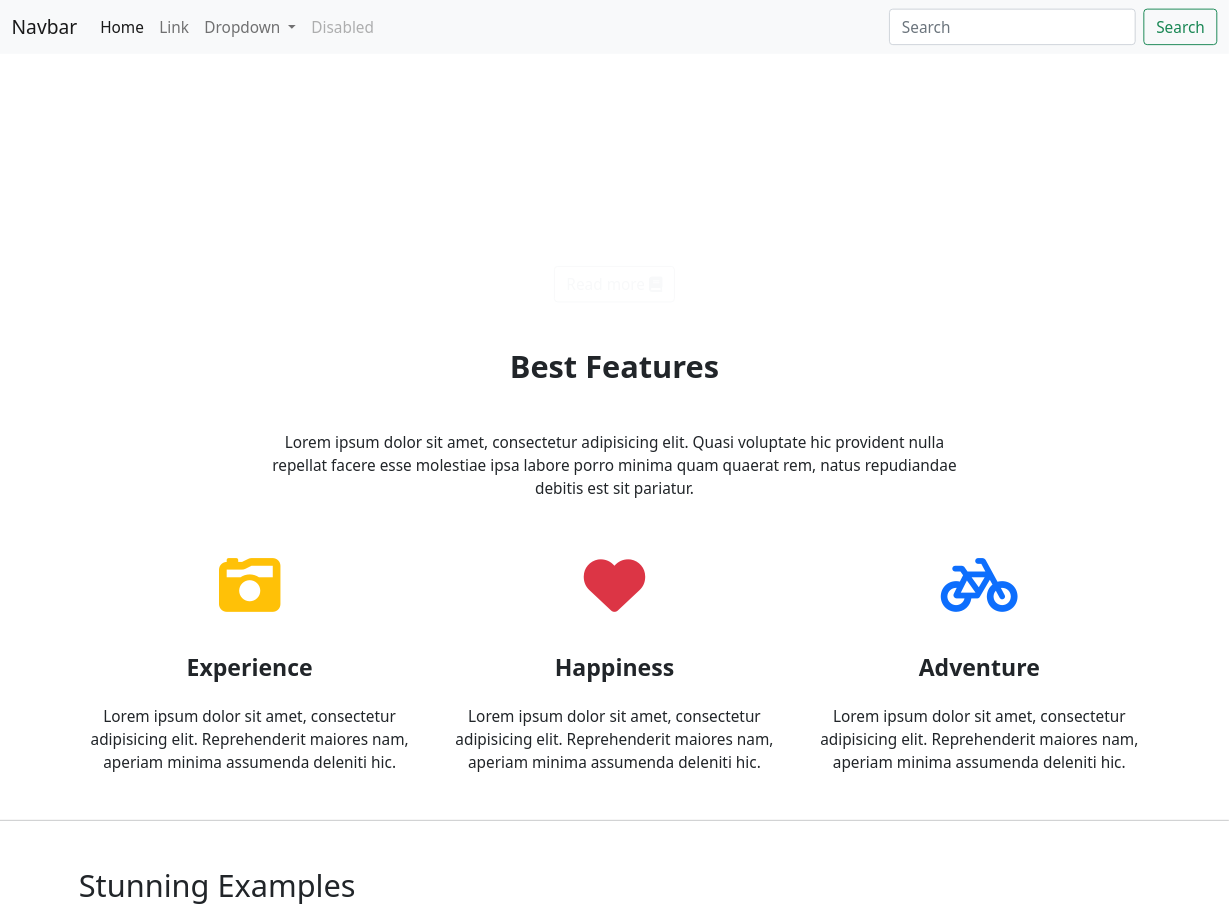
Repository: nptg3105/lab04-landing-page-boostrap5
Page: index.html
These files come from the project's save history. The page is drawn as it stood at one moment and after the next save; the edit follows.
The browser window is 1280 px wide. The pictures show the whole page, at 96% of full size.

Above is the page before, as saved 2021-12-19 10:33:55.

### index.html
<!DOCTYPE html>
<html lang="en">
  <head>
    <meta charset="UTF-8" />
    <meta http-equiv="X-UA-Compatible" content="IE=edge" />
    <meta name="viewport" content="width=device-width, initial-scale=1.0" />
    <title>lab04-Landing-Page-Boostrap</title>
    <link
      href="https://cdn.jsdelivr.net/npm/bootstrap@5.1.3/dist/css/bootstrap.min.css"
      rel="stylesheet"
      integrity="sha384-1BmE4kWBq78iYhFldvKuhfTAU6auU8tT94WrHftjDbrCEXSU1oBoqyl2QvZ6jIW3"
      crossorigin="anonymous"
    />
    <link rel="stylesheet" href="https://cdnjs.cloudflare.com/ajax/libs/font-awesome/6.0.0-beta3/css/all.min.css" integrity="sha512-Fo3rlrZj/k7ujTnHg4CGR2D7kSs0v4LLanw2qksYuRlEzO+tcaEPQogQ0KaoGN26/zrn20ImR1DfuLWnOo7aBA==" crossorigin="anonymous" referrerpolicy="no-referrer" />
    <link rel="stylesheet" href="dist/index.css" />
  </head>
  <body>
    <header>
      <nav class="navbar navbar-expand-lg navbar-light bg-light">
        <div class="container-fluid">
          <a class="navbar-brand" href="#">Navbar</a>
          <button
            class="navbar-toggler"
            type="button"
            data-bs-toggle="collapse"
            data-bs-target="#navbarSupportedContent"
            aria-controls="navbarSupportedContent"
            aria-expanded="false"
            aria-label="Toggle navigation"
          >
            <span class="navbar-toggler-icon"></span>
          </button>
          <div class="collapse navbar-collapse" id="navbarSupportedContent">
            <ul class="navbar-nav me-auto mb-2 mb-lg-0">
              <li class="nav-item">
                <a class="nav-link active" aria-current="page" href="#">Home</a>
              </li>
              <li class="nav-item">
                <a class="nav-link" href="#">Link</a>
              </li>
              <li class="nav-item dropdown">
                <a
                  class="nav-link dropdown-toggle"
                  href="#"
                  id="navbarDropdown"
                  role="button"
                  data-bs-toggle="dropdown"
                  aria-expanded="false"
                >
                  Dropdown
                </a>
                <ul class="dropdown-menu" aria-labelledby="navbarDropdown">
                  <li><a class="dropdown-item" href="#">Action</a></li>
                  <li><a class="dropdown-item" href="#">Another action</a></li>
                  <li><hr class="dropdown-divider" /></li>
                  <li>
                    <a class="dropdown-item" href="#">Something else here</a>
                  </li>
                </ul>
              </li>
              <li class="nav-item">
                <a class="nav-link disabled">Disabled</a>
              </li>
            </ul>
            <form class="d-flex">
              <input
                class="form-control me-2"
                type="search"
                placeholder="Search"
                aria-label="Search"
              />
              <button class="btn btn-outline-success" type="submit">
                Search
              </button>
            </form>
          </div>
        </div>
      </nav>
      <div class="hero">
       <div class="container-fluid d-flex align-items-center justify-content-center h-100">
         <div class="row d-flex justify-content-center text-center">
           <div class="col-md-10">
            <h2 class="text-white display-4 fw-bold pt-5 mb-2">Travel</h2>
            <h4 class="text-white my-4">Lorem ipsum dolor sit amet, consectetur adipisicing elit. Deleniti consequuntur.</h4>
            <button class="btn btn-outline-light">Read more <i class="fa fa-book"></i></button>
           </div>
         </div>
       </div>
      </div>
      <div class="feature text-center mt-5">
        <div class="container">
          <h2 class="feature__heading fw-bold mb-5">Best Features</h2>
          <div class="feature__detail row d-flex justify-content-center mb-4">
            <div class="col-md-8">
              <p class="grey-text">Lorem ipsum dolor sit amet, consectetur adipisicing elit. Quasi voluptate hic provident nulla repellat facere esse molestiae ipsa labore porro minima quam quaerat rem, natus repudiandae debitis est sit pariatur.</p>
            </div>
            </div>
          <div class="feature__list row">
            <div class="feature__item col-md-4">
              <div class="feature__icon fa-4x text-warning"><i class="fas fa-camera-retro"></i></div>
              <h4 class="feature__title my-4 fw-bold">Experience</h4>
              <div class="feature__desc text-grey">Lorem ipsum dolor sit amet, consectetur adipisicing elit. Reprehenderit maiores nam, aperiam minima assumenda deleniti hic.</div>
            </div>
            <div class="feature__item col-md-4">
              <div class="feature__icon fa-4x text-danger"><i class="fas fa-heart"></i></div>
              <h4 class="feature__title my-4 fw-bold">Happiness</h4>
              <div class="feature__desc text-grey">Lorem ipsum dolor sit amet, consectetur adipisicing elit. Reprehenderit maiores nam, aperiam minima assumenda deleniti hic.</div>
            </div>
            <div class="feature__item col-md-4 ">
              <div class="feature__icon fa-4x text-primary"><i class="fas fa-bicycle"></i></div>
              <h4 class="feature__title my-4 fw-bold">Adventure</h4>
              <div class="feature__desc text-grey">Lorem ipsum dolor sit amet, consectetur adipisicing elit. Reprehenderit maiores nam, aperiam minima assumenda deleniti hic.</div>
            </div>
          </div>
        </div>

      </div>
      <hr class="my-5">
      <div class="stunning">
        <div class="container">
          <h2 class="stunning__heading">Stunning Examples</h2>

        </div>
      </div>
    </header>

    </p>

    <script
      src="https://cdn.jsdelivr.net/npm/bootstrap@5.1.3/dist/js/bootstrap.bundle.min.js"
      integrity="sha384-ka7Sk0Gln4gmtz2MlQnikT1wXgYsOg+OMhuP+IlRH9sENBO0LRn5q+8nbTov4+1p"
      crossorigin="anonymous"
    ></script>
  </body>
</html>

### dist/index.css
* {
  box-sizing: border-box;
  margin: 0;
  padding: 0;
}
body {
  line-height: 1.5;
}
:root {
  --color-bg: #ecf2f8;
  --color-white: #fff;
  --color-violet: #7541c8;
  --color-light-grey: #cfcfcf;
  --color-dark-grey: #19212e;
  --color-grey: #48556a;
}
.hero {
  background: url(https://mdbootstrap.com/img/Photos/Horizontal/Nature/full%20page/img%20(
        3
      ).jpg)
    no-repeat 50% fixed;
}
/*# sourceMappingURL=index.css.map */

After the next save:
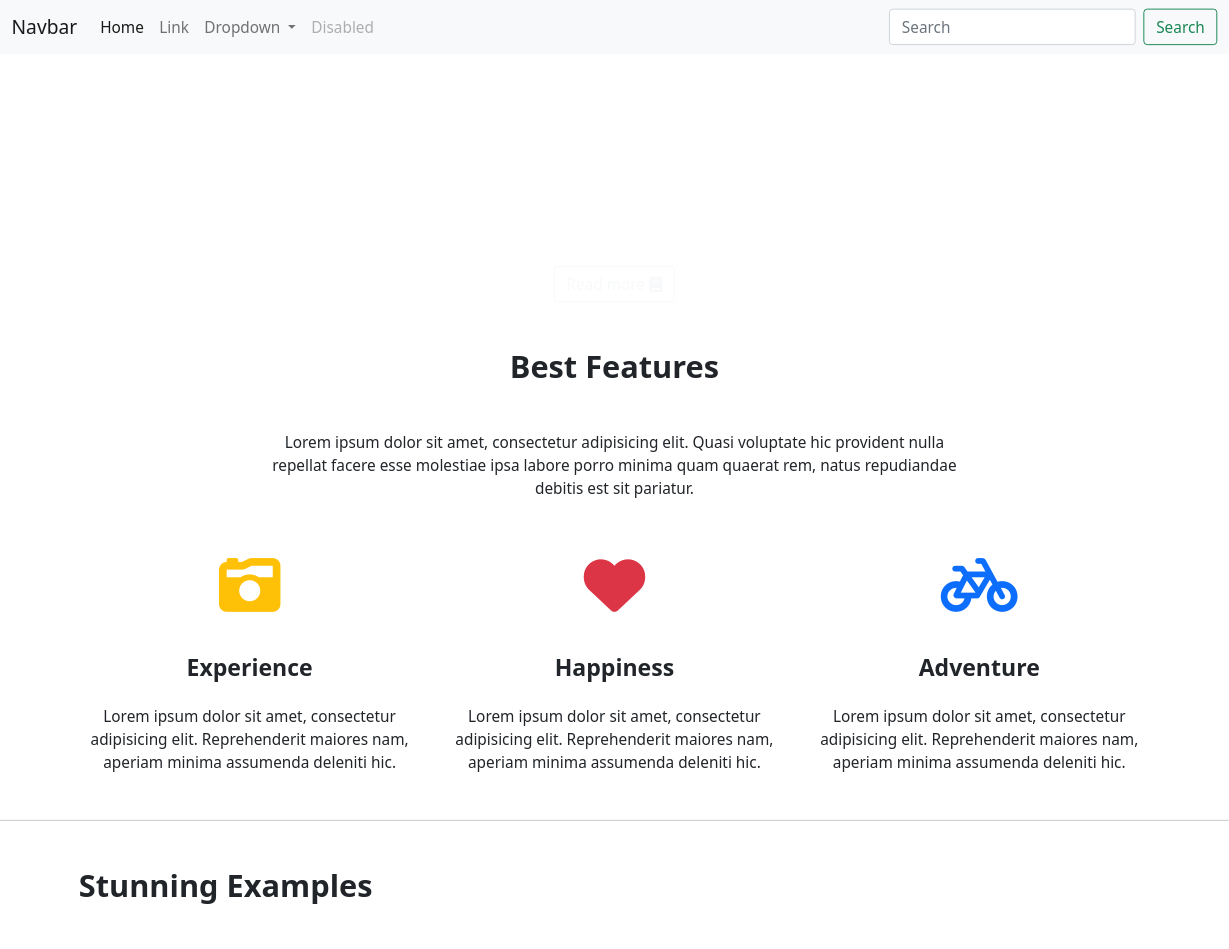
Saved 18 s later.
--- a/index.html
+++ b/index.html
@@ -118,7 +118,7 @@
       <hr class="my-5">
       <div class="stunning">
         <div class="container">
-          <h2 class="stunning__heading">Stunning Examples</h2>
+          <h2 class="stunning__heading fw-bold mb-5">Stunning Examples</h2>
 
         </div>
       </div>
